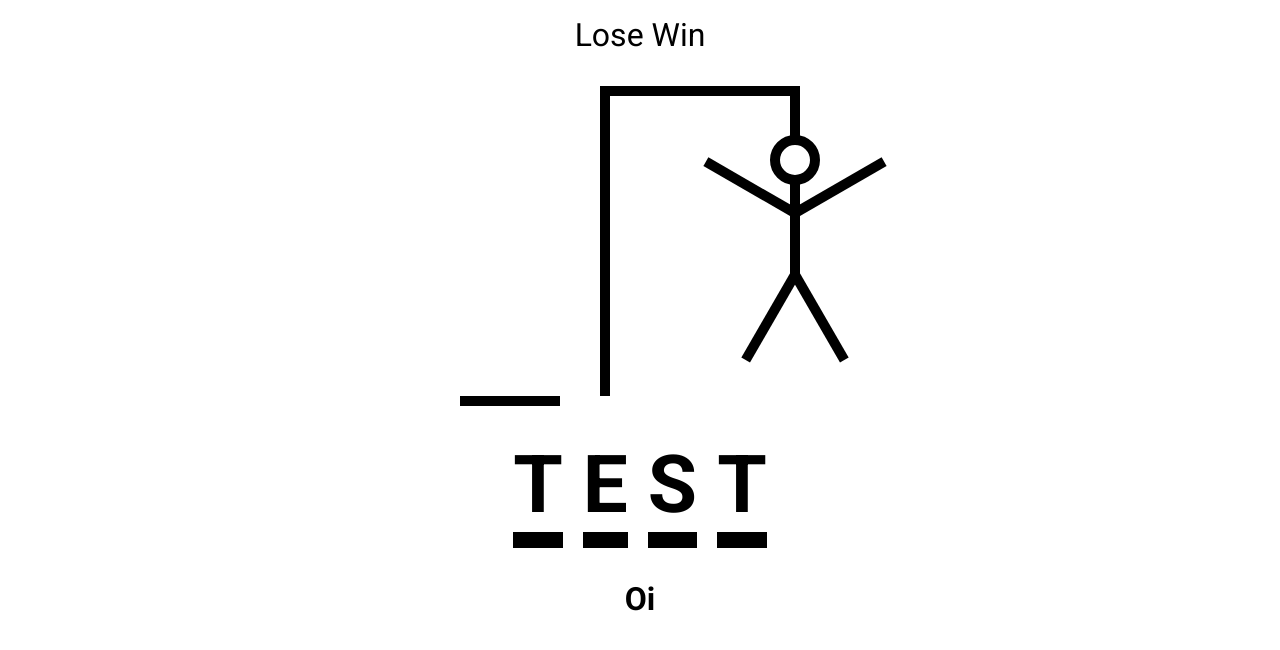
Repository: guilhermecardoso93/jogodaforca
Page: /
The author's editor kept a copy of each file at every save. The page is drawn from the files as they stood at one save, then again after the next save.
The browser window is 1280 px wide. The pictures show the whole page.
The project was rebuilt for these pictures with package versions that can differ from the ones it lists, and the page was loaded fresh each time. Also part of the build but not shown: vite.config.ts.

Above is the page before, as saved 2022-12-06 21:16:29.

After the next save:
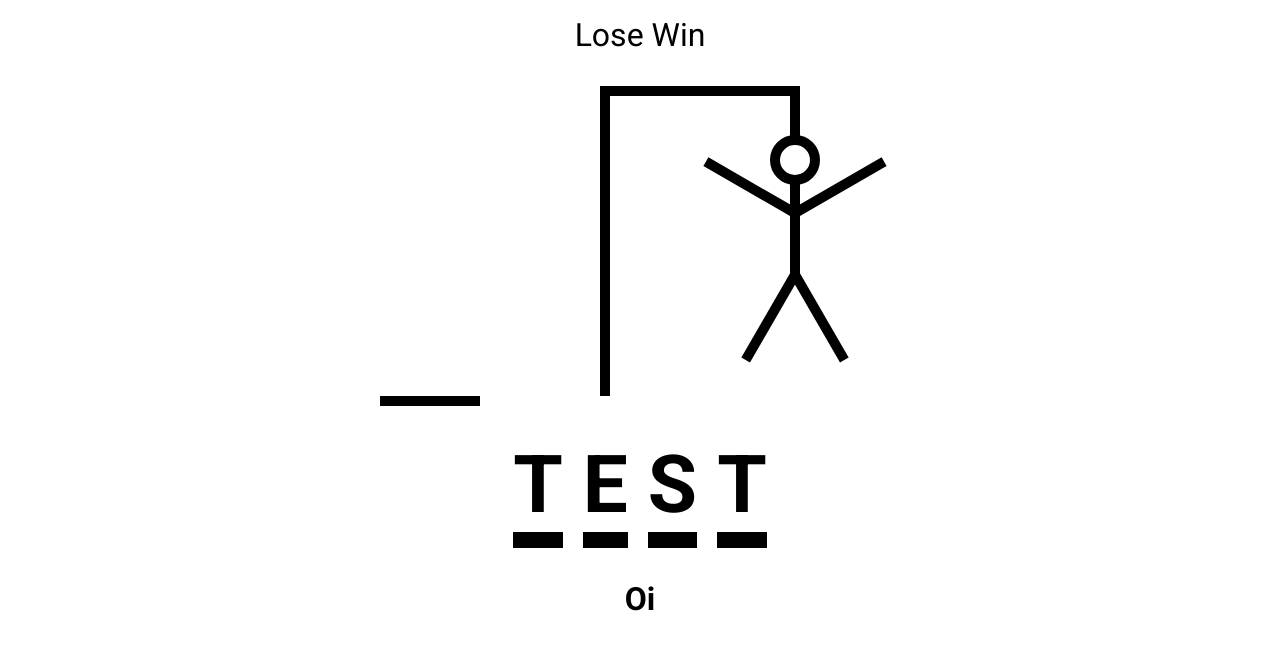
Saved 4 s later.
--- a/src/components/HangmanDrawing.tsx
+++ b/src/components/HangmanDrawing.tsx
@@ -121,7 +121,7 @@ export function HangmanDrawing() {
           marginLeft: "120px",
         }}
       />
-      <div style={{ height: "10px", width: "100px", marginLeft: '-20px', background: "black" }} />
+      <div style={{ height: "10px", width: "100px", marginLeft: '-100px', background: "black" }} />
     </div>
   );
 }
